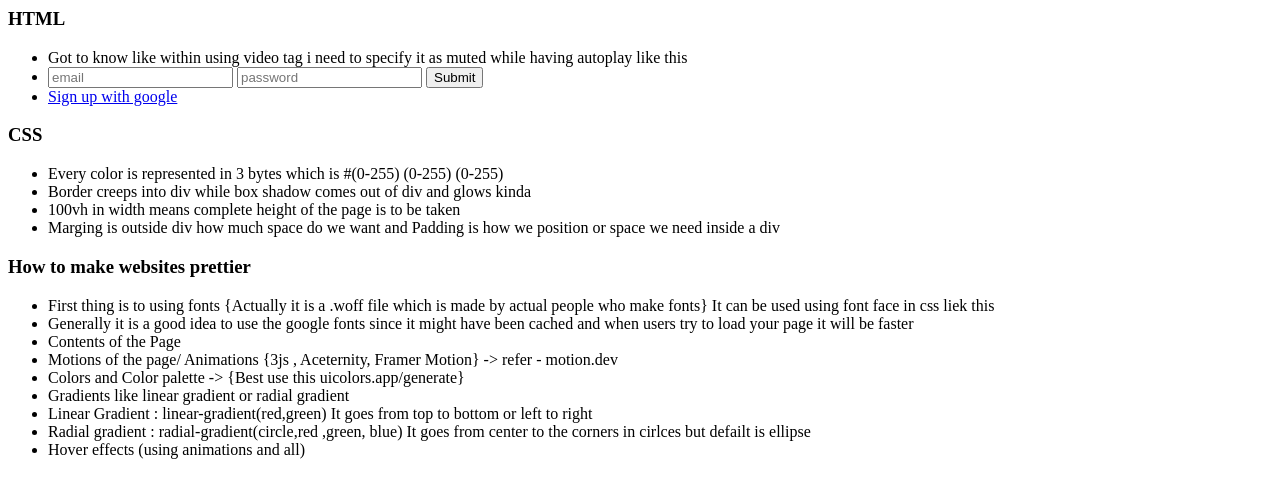
Repository: RohanSai22/harkirat-cohort-learnings
Page: Web/w1.html
The author's editor kept a copy of each file at every save. The page is drawn from the files as they stood at one save, then again after the next save.
The browser window is 1280 px wide. The pictures show the whole page.

Above is the page before, as saved 2026-03-24 03:45:56.

After the next save:
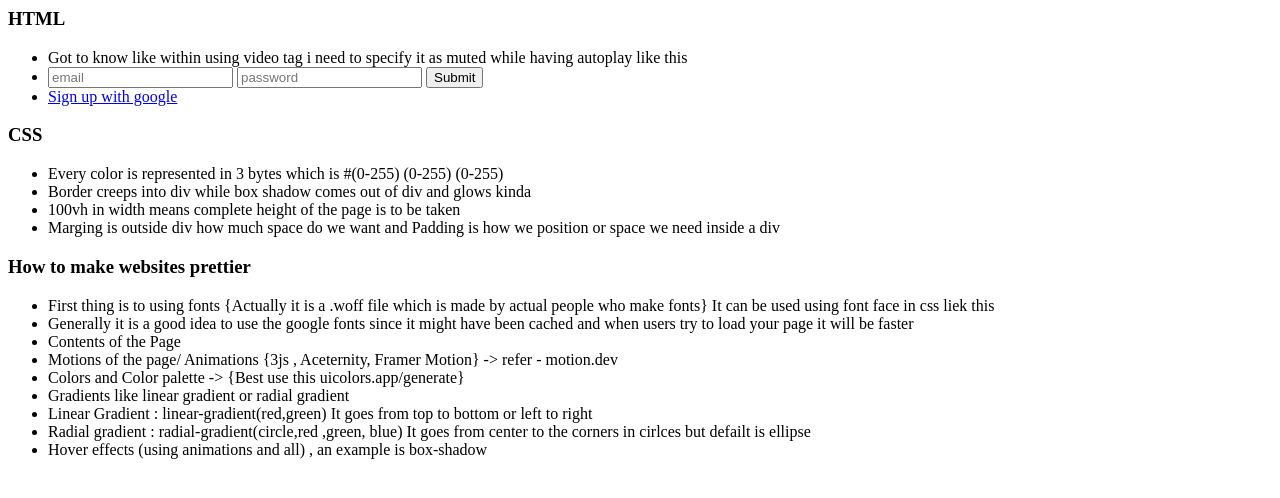
Saved 77 s later.
--- a/Web/w1.html
+++ b/Web/w1.html
@@ -72,7 +72,7 @@
                 </li>
             </li>
             <li>
-                Hover effects (using animations and all)
+                Hover effects (using animations and all) , an example is box-shadow
             </li>
         </ul>
     </body>
